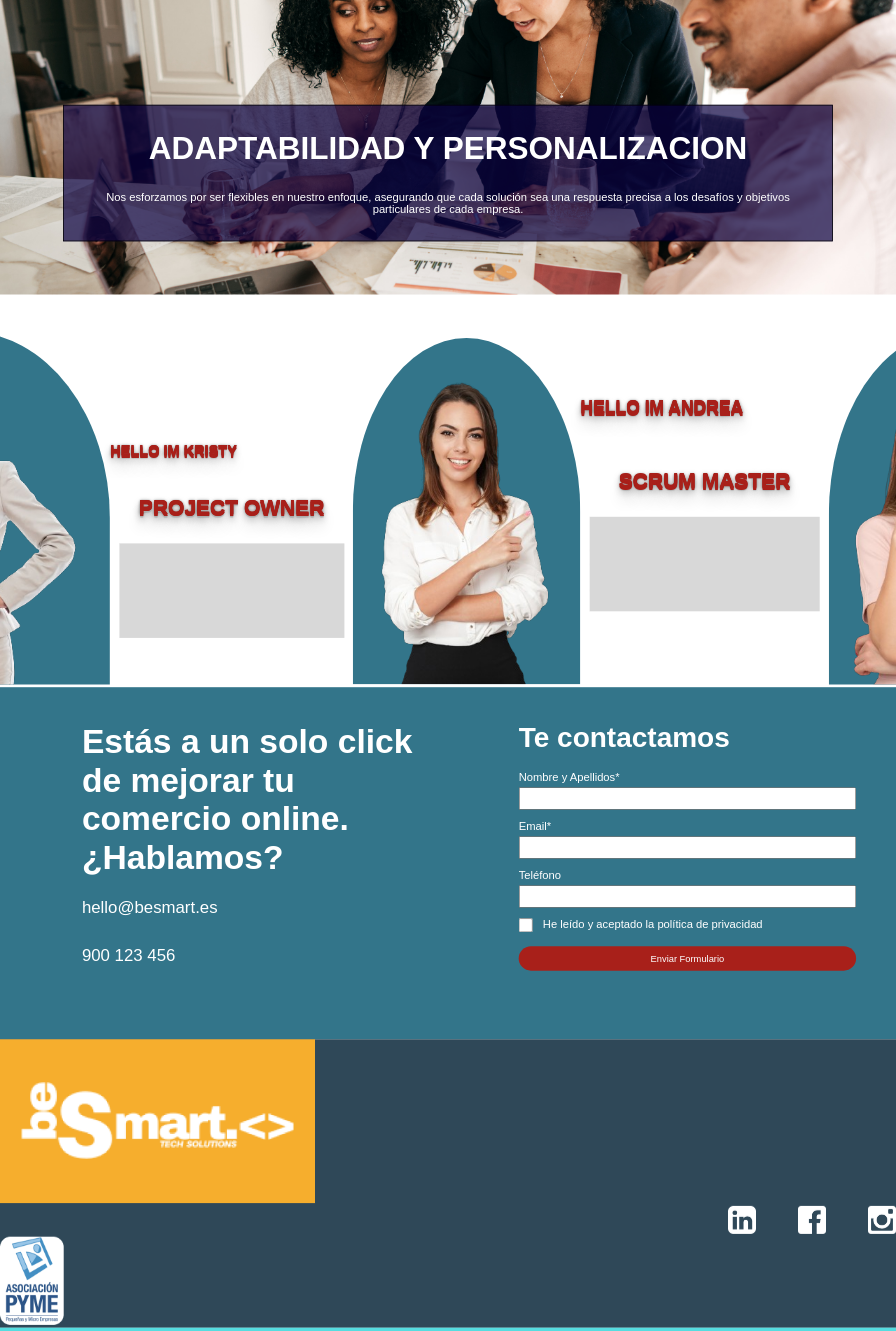
Repository: Andreamartinn17/Proyecto_3_BeSmart
Page: index.html
The author's editor kept a copy of each file at every save. The page is drawn from the files as they stood at one save, then again after the next save.
The browser window is 1280 px wide. The pictures show the part of the page from y = 844 to 2764 px (the page is 2746 px tall before and 2764 px after), at 70% of full size.

Above is the page before, as saved 2023-12-18 21:05:38.

After the next save:
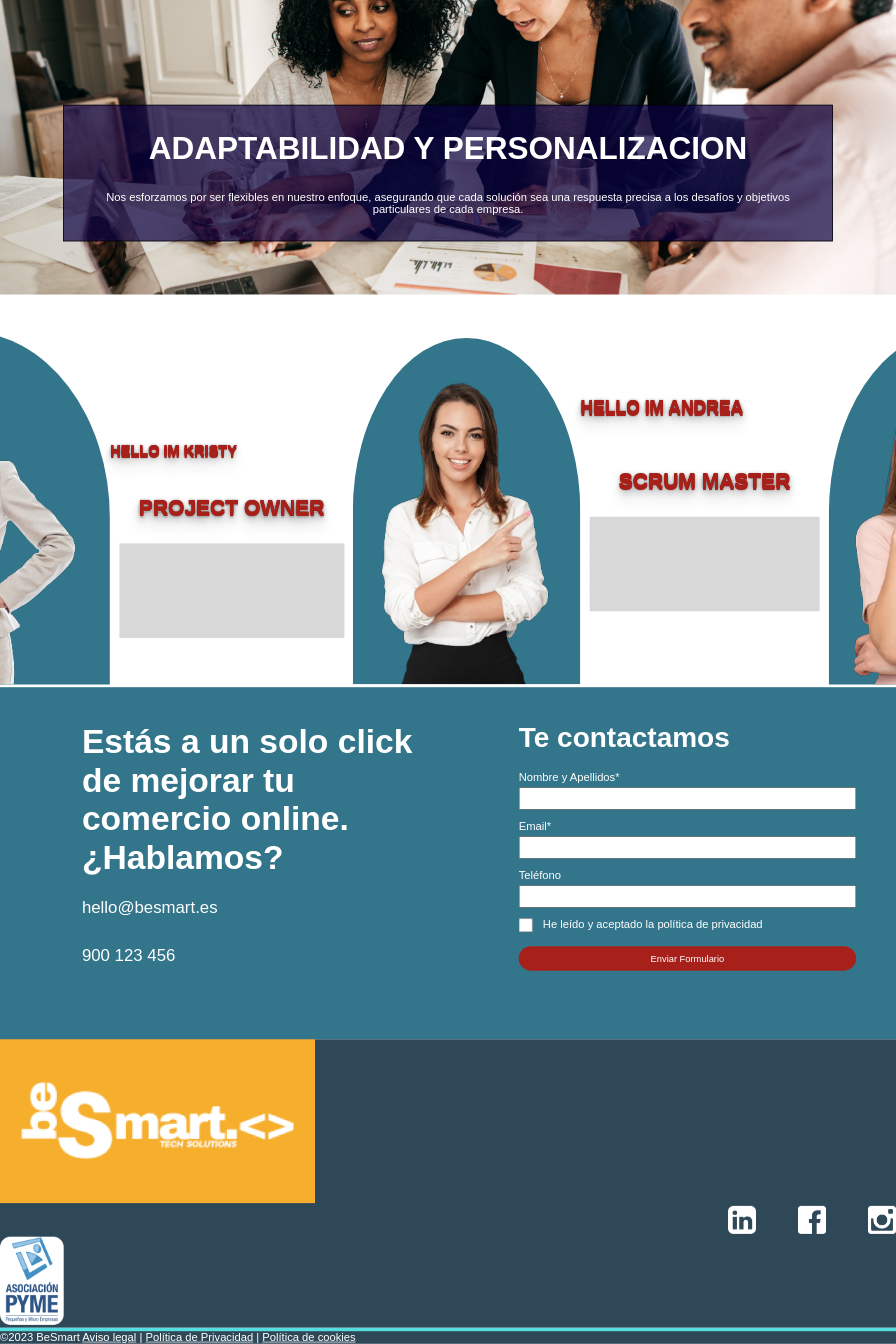
Saved 13 s later.
--- a/index.html
+++ b/index.html
@@ -375,7 +375,7 @@
         </section>
         <section class="final-footer">
             <div class="copy-footer">
-                <p class="p-final-foot>©2023 BeSmart
+                ©2023 BeSmart
                     <a><u>Aviso legal</u> | <u>Política de Privacidad</u> | <u>Política de cookies</u>
             </div>
         </section>
